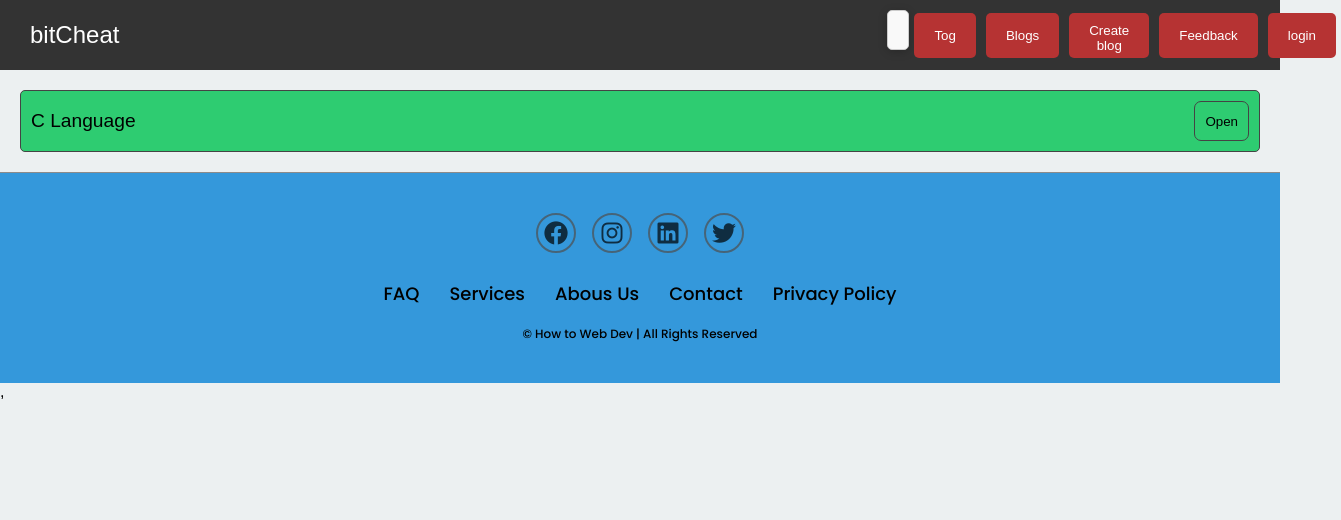
Repository: hitoutvrma/college-notes-website
Page: /IT (app in frontend/app/)
The author's editor kept a copy of each file at every save. The page is drawn from the files as they stood at one save, then again after the next save.
The browser window is 1280 px wide. The page is 1341 px wide, so the pictures cover 1341 px, including what lies to the right of the window. The pictures show the whole page.
Some web fonts or font styles are not loaded; a fallback is used. The project was rebuilt for these pictures with package versions that can differ from the ones it lists, and the page was loaded fresh each time. Also part of the build but not shown: frontend/app/src/components/UserStatistics.js, frontend/app/src/components/Header.js, frontend/app/src/components/Home.js, frontend/app/src/components/BlogList.js, frontend/app/src/components/CreateBlog.jsx, frontend/app/src/components/Notfoundpage.js.

Above is the page before, as saved 2024-08-17 00:04:13.

### frontend/app/public/index.html
<!DOCTYPE html>
<html lang="en">
  <head>
    <meta charset="utf-8" />
    <link rel="icon" href="%PUBLIC_URL%/favicon.ico" />
    <link rel="preconnect" href="https://fonts.googleapis.com">
<link rel="preconnect" href="https://fonts.gstatic.com" crossorigin>
<link href="https://fonts.googleapis.com/css2?family=Zain:wght@200;300;400;700;800;900&display=swap" rel="stylesheet">
    <meta name="viewport" content="width=device-width, initial-scale=1" />
    <meta name="theme-color" content="#000000" />
    <meta
      name="description"
      content="Web site created using create-react-app"
    />
    <link rel="apple-touch-icon" href="%PUBLIC_URL%/logo192.png" />
    <!--
      manifest.json provides metadata used when your web app is installed on a
      user's mobile device or desktop. See https://developers.google.com/web/fundamentals/web-app-manifest/
    -->
    <link rel="manifest" href="%PUBLIC_URL%/manifest.json" />
    <!--
      Notice the use of %PUBLIC_URL% in the tags above.
      It will be replaced with the URL of the `public` folder during the build.
      Only files inside the `public` folder can be referenced from the HTML.

      Unlike "/favicon.ico" or "favicon.ico", "%PUBLIC_URL%/favicon.ico" will
      work correctly both with client-side routing and a non-root public URL.
      Learn how to configure a non-root public URL by running `npm run build`.
    -->
    <title>React App</title>
  </head>
  <body>
    <noscript>You need to enable JavaScript to run this app.</noscript>
    <div id="root"></div>
    <!--
      This HTML file is a template.
      If you open it directly in the browser, you will see an empty page.

      You can add webfonts, meta tags, or analytics to this file.
      The build step will place the bundled scripts into the <body> tag.

      To begin the development, run `npm start` or `yarn start`.
      To create a production bundle, use `npm run build` or `yarn build`.
    -->
  </body>
</html>

### frontend/app/src/index.js
import React from 'react';
import { createRoot } from 'react-dom/client';
import { Auth0Provider } from '@auth0/auth0-react';
import ReactDOM from 'react-dom/client';
import './index.css';
import App from './App';
import reportWebVitals from './reportWebVitals';

const root = ReactDOM.createRoot(document.getElementById('root'));
root.render(
  <React.StrictMode>
    <Auth0Provider
    domain="dev-e2ucpx13tqcte4ht.us.auth0.com"
    clientId="82fzcFWOHXZTqHpiOgBFNnSoArs0UK5I"
    authorizationParams={{redirect_uri: window.location.origin}}
  >
    <App />
  </Auth0Provider>,
  </React.StrictMode>
);

// If you want to start measuring performance in your app, pass a function
// to log results (for example: reportWebVitals(console.log))
// or send to an analytics endpoint. Learn more: https://bit.ly/CRA-vitals
reportWebVitals();

### frontend/app/src/index.css
/* @tailwind base;
@tailwind components;
@tailwind utilities; */
body {
  margin: 0;
  background-color: #191919;
  /* font-family: -apple-system, BlinkMacSystemFont, 'Segoe UI', 'Roboto', 'Oxygen',
    'Ubuntu', 'Cantarell', 'Fira Sans', 'Droid Sans', 'Helvetica Neue',
    sans-serif; */
  /* -webkit-font-smoothing: antialiased;
  -moz-osx-font-smoothing: grayscale; */
}
/* src/App.css */
body {
  font-family: 'Playwrite AR', cursive;;
  /* font-size: 400px; */
}

.custom-font {
  font-family:  sans-serif;
}

/* code {
  font-family: source-code-pro, Menlo, Monaco, Consolas, 'Courier New',
    monospace;
} */

### frontend/app/src/App.css
/* global.css */
:root {
  --primary-color: #cdd7fb;
  --secondary-color: #2ecc71;
  --accent-color: #e74c3c;
  --background-color: #ecf0f1;
  --text-color: #2c3e50;
}
body{
  background-color: var(--background-color);
  font-family: 'Poppins', sans-serif;
}

### frontend/app/src/components/NotesPage.js
import React, { useState } from 'react';
import { useLocation } from 'react-router-dom';
import './css/NotesPage.css';
import './css/home.css';

const NotesPage = () => {
  const [keyy, setKeyy] = useState(true);
  const toggleKey = () => {
    setKeyy(prevKeyy => !prevKeyy);
  };

  const location = useLocation();
  const [searchTerm] = useState('');
  const [chapters, setChapters] = useState([
    {
      title: 'C Language',
      subChapters: [
<div className='subjects'><p>C Language</p><svg
  xmlns="http://www.w3.org/2000/svg"
  width="30"
  height="30"
  viewBox="0 0 50 50"
>
  <rect x="5" y="5" width="40" height="40" fill="#f4f4f4" stroke="#ccc" stroke-width="1" />
  <line x1="10" y1="12" x2="40" y2="12" stroke="#bbb" stroke-width="1" />
  <line x1="10" y1="18" x2="40" y2="18" stroke="#bbb" stroke-width="1" />
  <line x1="10" y1="24" x2="40" y2="24" stroke="#bbb" stroke-width="1" />
  <line x1="10" y1="30" x2="40" y2="30" stroke="#bbb" stroke-width="1" />
  <line x1="10" y1="36" x2="40" y2="36" stroke="#bbb" stroke-width="1" />
  <path d="M5 5 L10 0 L40 0 L45 5 Z" fill="#ffd700" />
</svg>



<svg
  className="youtube"
  version="1.1"
  id="Layer_1"
  width="612"
  height="612"
  viewBox="0 0 461.001 461.001"
>
  <g>
    <path
      style={{ fill: '#F61C0D' }}
      d="M442.891,110.621c-7.732-28.953-30.437-51.658-59.39-59.39C347.176,41.001,230.5,41.001,230.5,41.001
      s-116.676,0-153.001,10.231c-28.953,7.732-51.658,30.437-59.39,59.39C8.879,146.946,8.879,230.501,8.879,230.501
      s0,83.555,10.231,119.88c7.732,28.953,30.437,51.658,59.39,59.39C113.824,419.001,230.5,419.001,230.5,419.001
      s116.676,0,153.001-10.231c28.953-7.732,51.658-30.437,59.39-59.39c10.231-36.325,10.231-119.88,10.231-119.88
      S453.122,146.946,442.891,110.621z"
    />
    <polygon
      style={{ fill: '#FFFFFF' }}
      points="182.5,322.001 312.5,230.501 182.5,139.001 "
    />
  </g>
</svg>
</div>,
]
    },
  ]);

  const toggleChapter = (index) => {
    setChapters(prevChapters =>
      prevChapters.map((chapter, i) =>
        i === index ? { ...chapter, isOpen: !chapter.isOpen } : chapter
      )
    );
  };

  return (
    <>
      {location.pathname === '/IT' && (
        <div className="itmain">
          {/* <div className='headings'>
            Strivers A2Z DSA Sheet<br/>
          </div>
          This course is made for people who want to learn DSA from A to Z for free in a well-organized and structured manner. The lecture quality is better than what you get in paid courses, the only thing we don’t provide is doubt support, but trust me our YouTube video comments resolve that as well, we have a wonderful community of 250K+ people who engage in all of the videos. */}
          <div className="content" id="content">
            <div className="container">
              {chapters
                .filter((chapter) =>
                  chapter.title.toLowerCase().includes(searchTerm)
                )
                .map((chapter, index) => (
                  <div className="block" key={index}>
                    <div onClick={() => toggleChapter(index)} className="title">
                      {chapter.title}
                      <button  className='semester-buttons'>
                        {chapter.isOpen ? 'Close' : 'Open'}
                      </button>
                    </div>
                    {chapter.isOpen && (
                      <div className="sub_content helo">
                        {chapter.subChapters.map((subChapter, subIndex) => (
                          <h1 key={subIndex}>{subChapter}</h1>
                        ))}
                      </div>
                    )}
                  </div>
                ))}
            </div>
          </div>
        </div>
      )}
    </>
  );
};

export default NotesPage;

### frontend/app/src/components/SearchContext.js
// SearchContext.js
import React, { createContext, useState } from 'react';

export const SearchContext = createContext();

export const SearchProvider = ({ children }) => {
  const [searchText, setSearchText] = useState('');

  return (
    <SearchContext.Provider value={{ searchText, setSearchText }}>
      {children}
    </SearchContext.Provider>
  );
};

### frontend/app/src/components/Footer.js
import React from 'react';
import './css/footer.css';
const Footer = () => {
  return (
    <section class="footer">
    <div class="social">
      <a href="#"><i class="fa-brands fa-facebook"></i></a>
      <a href="#"><i class="fa-brands fa-instagram"></i></a>
      <a href="#"><i class="fa-brands fa-linkedin"></i></a>
      <a href="#"><i class="fa-brands fa-twitter"></i></a>
    </div>
    <ul class="list">
      <li><a href="#">FAQ</a></li>
      <li><a href="#">Services</a></li>
      <li><a href="#">Abous Us</a></li>
      <li><a href="#">Contact</a></li>
      <li><a href="#">Privacy Policy</a></li>
    </ul>
    <p class="copyright">© How to Web Dev | All Rights Reserved</p>
  </section>
  )
}

export default Footer

### frontend/app/src/components/UserStatistics.css


.statistics-container {
    display: flex;
    justify-content: space-around;
    align-items: center;
    background-color: #fff;
    border-radius: 12px;
    box-shadow: 0 4px 20px rgba(0, 0, 0, 0.1);
    padding: 30px;
    margin: 20px 0;
    flex-wrap: wrap;
    transition: transform 0.3s;
}

.statistics-container:hover {
    transform: scale(1.02);
}

.statistic {
    text-align: center;
    flex: 1;
    margin: 10px;
    padding: 20px;
    background: linear-gradient(135deg, #f5f7fa, #c3cfe2);
    border-radius: 10px;
    box-shadow: 0 2px 10px rgba(0, 0, 0, 0.15);
    transition: transform 0.3s, box-shadow 0.3s;
}

.statistic:hover {
    transform: translateY(-5px);
    box-shadow: 0 4px 20px rgba(0, 0, 0, 0.2);
}

.statistic h2 {
    font-size: 3rem;
    color: #333;
    margin: 0;
}

.statistic p {
    font-size: 1.25rem;
    color: #666;
}

/* button {
    padding: 12px 20px;
    font-size: 1.2rem;
    background-color: #007BFF;
    color: white;
    border: none;
    border-radius: 5px;
    cursor: pointer;
    transition: background-color 0.3s, transform 0.3s;
} */

button:hover {
    background-color: #0056b3;
    transform: translateY(-2px);
}

### frontend/app/src/components/login.js
import './css/header.css';
import { useAuth0 } from "@auth0/auth0-react";
import React from "react";

const LoginButton = () => {
  const { user, loginWithRedirect, isAuthenticated, logout } = useAuth0();

  return (<div>
        {isAuthenticated ?(<button onClick={(e) => logout()} id="login">logout</button>):
      <button class="button" onClick={() => loginWithRedirect()}>login</button>}
    </div>
      );
};

export default LoginButton;

### frontend/app/src/components/css/header.css
/* Base Styles */
body {
    font-family: Arial, sans-serif;
    margin: 0;
    padding: 0;
}

/* Header Styles */
.header {
    background-color: var(--primary-color);
    opacity: 100%;
    display: flex;
    border-style: solid;
    border-width: 1px;
    border-color: #444444;
    justify-content: space-between;
    align-items: center;
    height: 9.5vh;
    padding: 0 20px;

    color: white;
    position: fixed;
    top: 0;
    width: 100%;
    z-index: 1000;
}

/* Search Container Styles */
.search-container {
    margin-right: 10px;
    width: 100%;
    max-width: 600px;
    display: flex;
    align-items: center;
    background-color: white;
    border-style: solid;
    border-width: 1px;
    border-color: #444444;
    padding: 5px 10px;
    border-radius: 25px;
    box-shadow: 0 4px 8px rgba(0, 0, 0, 0.1);
}

.search-container input {
    padding: 10px 15px;
    width: 100%;
    font-size: 16px;
    border: none;
    outline: none;
    border-radius: 25px;
}

.search-container input::placeholder {
    color: #aaa;
}

/* Logos and Button Styles */
.logos {
    color: rgb(135, 35, 35);
    font-size: 2.5rem; /* Responsive font size */
}

.header-buttons {
    display: flex;
    align-items: center;
}

#login {
    background-color: rgb(182, 51, 51);
}

.header-buttons button {
    margin-right: 1vw;
    padding: 15px 25px;
    font-size: 1rem; /* Responsive font size */
    cursor: pointer;
    border: 1px solid rgb(68, 68, 68);
    background-color: #191919;
    color: white;
    border-radius: 15px;
}

/* Responsive Design */
@media (max-width: 768px) {
    .header {
        flex-direction: column;
        height: auto;
        padding: 10px;
    }

    .logos {
        margin-bottom: 10px;
    }

    .header-buttons {
        width: 100%;
        justify-content: space-between;
        margin-top: 10px;
    }

    .header-buttons button {
        flex: 1;
        margin: 5px;
        font-size: 0.9rem;
    }

    .search-container {
        width: 100%;
        margin-top: 10px;
    }
}

@media (max-width: 480px) {
    .logos {
        font-size: 2rem;
    }

    .header-buttons button {
        font-size: 0.8rem;
        padding: 8px 10px;
    }

    .search-container {
        width: 100%;
        margin-top: 10px;
    }
}

.navbar-toggle {
    display: none;
    flex-direction: column;
    cursor: pointer;
}

### frontend/app/src/components/css/feedback.css
/* feedback.css */

body {
  font-family: Arial, sans-serif;
}

.button {
  padding: 10px 20px;
  background-color: rgb(182, 51, 51);;
  color: white;
  border: none;
  border-radius: 5px;
  height: 45px;
  cursor: pointer;
  margin: 5px;
}

.button:hover {
  background-color: #5a1e0e;
}

.popup-overlay {
  position: fixed;
  top: 0;
  left: 0;
  right: 0;
  bottom: 0;
  background-color: rgba(0, 0, 0, 0.5);
  display: flex;
  justify-content: center;
  align-items: center;
}

.popup-content {
  background-color: white;
  padding: 20px;
  border-radius: 10px;
  max-width: 90%;
  width: 400px;
  box-shadow: 0 0 10px rgba(0, 0, 0, 0.3);
  display: flex;
  flex-direction: column; /* Ensure children are stacked vertically */
  align-items: center; /* Center align children */
}

textarea {
  width: 100%; /* Full width */
  height: 100px;
  margin-top: 10px;
  padding: 10px;
  border: 1px solid #ccc;
  border-radius: 5px;
  box-sizing: border-box; /* Include padding and border in element's total width */
}

input[type="text"] {
  width: 100%;
  padding: 10px;
  margin-top: 10px;
  border: 1px solid #ccc;
  border-radius: 5px;
  box-sizing: border-box; /* Include padding and border in element's total width */
}

.success-alert {
  background-color: #dff0d8;
  color: #3c763d;
  padding: 10px;
  margin-top: 10px;
  border: 1px solid #d6e9c6;
  border-radius: 5px;
  display: flex;
  align-items: center;
}

.success-alert .icon {
  margin-right: 5px;
}

/* Responsive styles */
@media (max-width: 600px) {
  .popup-content {
    width: 0%;
    padding: 15px;
  }

  .button {
    width: auto;
    height: 35px;
    /* margin: 5px 0; */
  }
}

### frontend/app/src/components/css/home.css
@import url("https://fonts.googleapis.com/css2?family=Fredoka:wght@400;600&display=swap");
@import url('https://fonts.googleapis.com/css2?family=Zain:wght@200;300;400;700;800;900&display=swap');
* {
  margin: 0;
  padding: 0;
  box-sizing: border-box;
}
.headings{
  /* color:white; */
  color: var(--font-heading-color);
  font-size: 6vh;
  padding-left: 7%;
  padding-right: 7%;
  /* display: flex; */
  margin-bottom: 50px;

  text-align: center;
}

.whole-home{
    padding-top: 20.5vh;
}
#wrapper-body {
  height: 100%;
  /* margin-left: 25px */
  width: 100%;
  flex-wrap: wraps;
  display: flex;
  /* justify-content: center; */
}
.container-body {
  margin:10px;
  width: 90%;
  flex-wrap: wrap;
  display: flex;
  row-gap: 20px;
  column-gap: 90px;
  justify-content:center;  /* change here if you wants to change the space between the cards */
}
/* Global styles */
.div-body {
  margin: 0px;
  padding: 0;
  width: 300px;
  border-radius: 0%;
}

/* Card styles */
.card-body {
  background-color: var(--secondary-color);
  /* opacity: 70%; */
  border-radius: var(--border-radius);
  border-style: solid;
  border-width: 1px;
  height: 44vh;
  border-color: rgb(68, 68, 68);
  /* border-color: white; */
  text-align: center;
  padding: 15px;
  width: 360px;
  cursor: pointer;
}
.card-body:hover  {
  border-color: red; /* Change border color to white on hover */
}
/* Illustration styles */
.ilustration-body {
  margin: 30px;
}

.ilustration-body lottie-player {
  width: 200px;
  height: 200px;
  border-radius: 100%;
  overflow: hidden;
  margin: 0 auto;
  /* box-shadow: 20px 20px 20px rgba(0, 0, 0, 0.1),
    -20px -20px 20px rgba(255, 255, 255, 0.1); */
}

/* Heading styles */
.h3-body {
  font-family: var(--primary-font);
  font-size: 2rem;
  line-height: 2.2rem;
  color: var(--text-color);
  font-weight: bold;
  margin: 30px 0;
}

/* Paragraph styles */
.p-body {
  font-family: var(--primary-font);
  /* margin: 5000px; */
  font-size: 1.1rem;
  line-height: 1.5rem;
  color: var(--text-color);
  margin:60px auto 10px auto;
  /* margin-bottom: 10px; */
  max-width: 80%;
}

/* Button styles */
.button-body {
  font-family: var(--primary-font);
  font-size: 1.1rem;
  font-weight: bold;
  padding: 15px 80px;
  position:static;
  border-radius: 25px;
  color: var(--text-color);
  border: 1px;
  border-style: solid;
  border-color: rgb(68, 68, 68);
  margin: 30px 0;
  outline: none;
  cursor: pointer;
  background-color:var(--semester-button);
}

/* button:active {
  transform: scale(0.9);
  box-shadow: inset -1px -1px 3px rgba(129, 199, 132, 1),
    -20px -20px 20px rgba(255, 255, 255, 0);
} */
a{
  text-decoration: none;
}
@media (max-width: 768px) {
  .container-body {
    grid-template-columns: repeat(auto-fill, minmax(250px, 1fr));
    gap: 15px;
  }}
  @media (max-width: 480px) {
    .container-body {
      grid-template-columns: 1fr 1fr;
      gap: 10px;
    }

    .headings {
      font-size: 5vh;
      padding-left: 5%;
      padding-right: 5%;
    }

    .card-body {
      width: 100%;
      height: auto;
    }

    .h3-body {
      font-size: 1.5rem;
      line-height: 1.7rem;
    }

    .p-body {
      font-size: 1rem;
      line-height: 1.2rem;
      margin: 30px auto 10px auto;
    }

    .button-body {
      font-size: 1rem;
      padding: 10px 60px;
    }
  }

### frontend/app/src/components/css/NotesPage.css
.itmain {
  color: white;
  /* margin-top: 10.5vh; */
}
.hidden {
  display: none;
}

.open {
  display: block;
}

.sub-block {
  display: none;
}

.block {
  background-color: var(--secondary-color);
  margin: 20px;
  /* margin-right: 30px; */
  width: auto;
  /* background-color: rgb(40, 39, 39); */
  border: solid 1px rgb(68, 68, 68);
  padding: 10px;
  border-radius: 5px;
}

.title {
  font-size: 1.2em;
  align-items: center;
  color: var(--text-color);
  cursor: pointer;
  display: flex;
  justify-content: space-between;
}

.sub_content {
  background-color: var(--background-color);
  margin-top: 10px;
  /* padding: 10px; */
  text-align: left;
  border: solid 1px rgb(68, 68, 68);
  border-radius: 10px;
}

.semester-buttons {
  color: var(--text-color);
  height: 40px;
  cursor: pointer;
  padding: 10px;
  border-radius: 7px;
  border: solid 1px rgb(68, 68, 68);
  background-color: var(--semester-button);
}
.youtube{
  width: 30px;
  height: 30px;
}
.subjects{
  color:white;
  padding: 10px;
  font-size: 20px;
  font-weight: lighter;
  display: flex;
  justify-content: space-between;
}
.search-bar {
  width: 100%;
  padding: 10px;
  margin-bottom: 20px;
  font-size: 1em;
}

### frontend/app/src/components/css/footer.css
@import url('https://fonts.googleapis.com/css2?family=Poppins:wght@300;400;500;600;700;800&display=swap');
@import url('https://cdnjs.cloudflare.com/ajax/libs/font-awesome/6.4.2/css/all.min.css');

*{
  color: black;
}
.footer{
  margin: 0;
  padding: 0;
  box-sizing: border-box;
  /* background-color: red; */
  font-family: 'Poppins', sans-serif;
  text-decoration: none;
  list-style: none;
}
.footer{
  font-weight: 500;
  background-color: rgba(204, 18, 18, 0.42);
}
.footer {
  /* position: fixed; */
  bottom: 0;
  width: 100%;
  padding: 40px 0;
  background-color: var(--primary-color);
  border-top: 1px solid rgb(139, 139, 139);
}
.footer .social {
  text-align: center;
  padding-bottom: 25px;
}
.footer .social a {
  font-size: 24px;
  color: var(--font-heading-color);
  border: 2px solid rgb(79, 79, 79);
  width: 40px;
  height: 40px;
  line-height: 38px;
  display: inline-block;
  text-align: center;
  border-radius: 50%;
  margin: 0 8px;
  opacity: 0.7;
  transition: 0.3s ease;
}
.footer .social a:hover {
  transform: scale(1.2) translateY(-10px);
  opacity: 1;
  color: rgb(255, 78, 78);
  border: 2px solid rgb(255, 78, 78);
}
.footer ul {
  margin-top: 0;
  padding: 0;
  font-size: 18px;
  line-height: 1.8;
  margin-bottom: 0;
  text-align: center;
}
.footer ul li a {
  color: var(--font-heading-color);
  border-bottom: 3px solid transparent;
  transition: 0.3s ease;
}

.footer ul li a:hover {
  border-bottom: 3px solid rgb(255, 78, 78);
}
.footer ul li {
  display: inline-block;
  padding: 0 15px;
}
.footer .copyright {
  margin-top: 15px;
  text-align: center;
  font-size: 12px;
  color: var(--font-heading-color);
}

### frontend/app/src/components/Navbar.css
/* Navbar.css */
.navbar {
    background-color: #333;
    width: 100%;
    z-index: 2;
    color: #fff;
    display: flex;
    justify-content: space-between;
    align-items: center;
    height: 70px;
    position:relative;
  }

  /* Styles for the search bar */

.search-bar {
  /* width: 50px; */
  max-width: 400px; /* Maximum width */
  /* margin: 100px; */
  padding: 12px; /* Increased padding for better spacing */
  border: 1px solid #ccc; /* Light border */
  border-radius: 25px; /* More rounded corners */
  box-shadow: 0 2px 10px rgba(0, 0, 0, 0.2); /* Slightly stronger shadow */
  font-size: 16px; /* Font size */
  transition: border 0.3s ease, box-shadow 0.3s ease; /* Smooth transition for border and shadow */
  background-color: #f9f9f9; /* Light background color */
}

.search-bar:focus {
  border: 1px solid #4CAF50; /* Change border color on focus */
  box-shadow: 0 0 5px rgba(76, 175, 80, 0.5); /* Shadow effect on focus */
  outline: none; /* Remove outline */
}

@media (max-width: 600px) {
  .search-bar {
    max-width: 50%; /* Responsive maximum width */
    font-size: 14px; /* Smaller font size on smaller screens */
    padding: 10px; /* Adjust padding for smaller screens */
  }
}


  .navbar-container {
    display: flex;
    /* justify-content: space-between; */
    align-items: center;
    padding: 10px;
    width: 100%;
    max-width: 1200px;
    /* padding: 0 10px; */
  }

  .navbar-logo {
    font-size: 1.5rem;
    margin-right: 60vw;
    margin-left: 20px;
    text-decoration: none;
    color: #fff;
  }

  .navbar-toggle {
    display: none;
    font-size: 1.8rem;
    cursor: pointer;
  }

  .navbar-menu {
    display: flex;
    list-style: none;
  }

  .navbar-item {
    padding: 0 5px;
    text-decoration: none;
    color: #fff;
    font-size: 1rem;
  }

  .navbar-item:hover {
    color: #ddd;
  }

  @media (max-width: 808px) {
    .navbar-toggle {
      display: flex;
    }
    .navbar-logo{
      margin-right: auto;
    }

    .navbar-menu {
      position: absolute;

      top: 30px;
      right:0;
      width: 40%;
      height: calc(40vh);
      background-color: #333;
      z-index: -2000;
      flex-direction: column;
      align-items: center;
      justify-content: center;
      transition: transform 0.3s ;
      transform: translateY(-100%);
    }

    .navbar-menu.active {
      transform: translateY(0);
    }

    .navbar-item {
      padding: 10px 0;
      width: 100%;
      text-align: right;
    }
    button{
      background-color: red;
    }
  }

### frontend/app/src/components/css/global.css
/* global.css */
@import url('https://fonts.googleapis.com/css2?family=Zain:wght@200;300;400;700;800;900&display=swap');
:root {
    --primary-color: #3498db;
    --secondary-color: #2ecc71;
    --accent-color: #e74c3c;
    --background-color: #ecf0f1;
    --text-color: #black;
    --border-radius:20px;
    --font-heading-color: '#003300';
    --lighter-color:'#e0e6fd';
    --semester-button:'sfdsdf';
  }

Loaded but not shown: frontend/app/src/reportWebVitals.js (common file); frontend/app/tailwind.config.js (common file); frontend/app/src/components/Navbar.js (84 lines, source omitted); frontend/app/src/components/Colorbutton.js (73 lines, source omitted); frontend/app/src/components/Feedback.js (68 lines, source omitted); frontend/app/src/App.js (39 lines, source omitted)

After the next save:
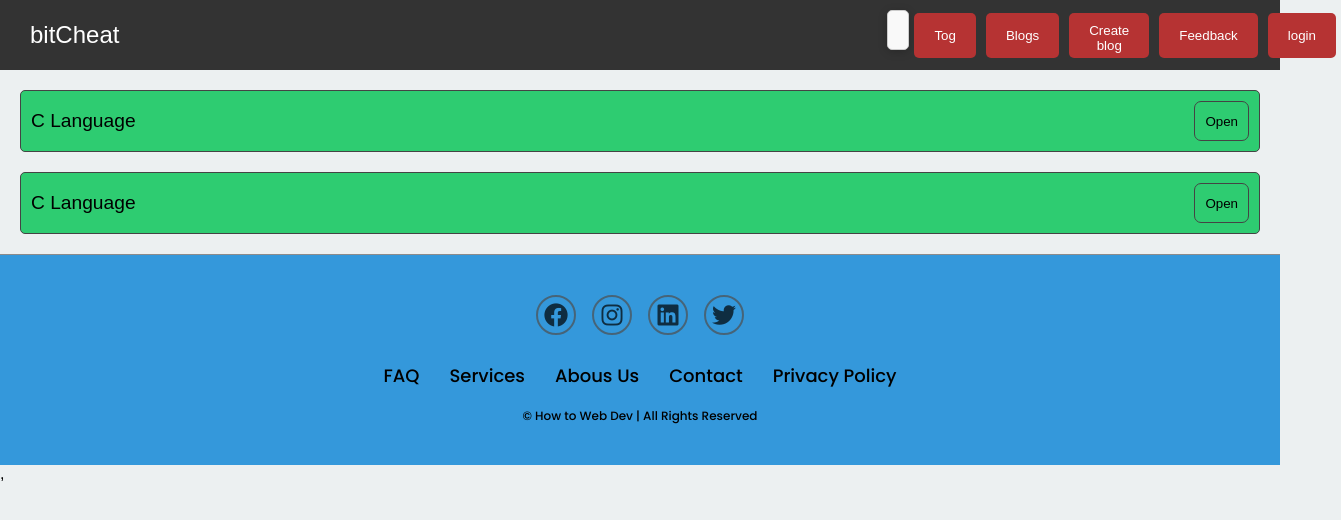
Saved 14 s later.
--- a/frontend/app/src/components/NotesPage.js
+++ b/frontend/app/src/components/NotesPage.js
@@ -12,6 +12,52 @@ const NotesPage = () => {
   const location = useLocation();
   const [searchTerm] = useState('');
   const [chapters, setChapters] = useState([
+    {
+      title: 'C Language',
+      subChapters: [
+<div className='subjects'><p>C Language</p><svg
+  xmlns="http://www.w3.org/2000/svg"
+  width="30"
+  height="30"
+  viewBox="0 0 50 50"
+>
+  <rect x="5" y="5" width="40" height="40" fill="#f4f4f4" stroke="#ccc" stroke-width="1" />
+  <line x1="10" y1="12" x2="40" y2="12" stroke="#bbb" stroke-width="1" />
+  <line x1="10" y1="18" x2="40" y2="18" stroke="#bbb" stroke-width="1" />
+  <line x1="10" y1="24" x2="40" y2="24" stroke="#bbb" stroke-width="1" />
+  <line x1="10" y1="30" x2="40" y2="30" stroke="#bbb" stroke-width="1" />
+  <line x1="10" y1="36" x2="40" y2="36" stroke="#bbb" stroke-width="1" />
+  <path d="M5 5 L10 0 L40 0 L45 5 Z" fill="#ffd700" />
+</svg>
+
+
+
+<svg
+  className="youtube"
+  version="1.1"
+  id="Layer_1"
+  width="612"
+  height="612"
+  viewBox="0 0 461.001 461.001"
+>
+  <g>
+    <path
+      style={{ fill: '#F61C0D' }}
+      d="M442.891,110.621c-7.732-28.953-30.437-51.658-59.39-59.39C347.176,41.001,230.5,41.001,230.5,41.001
+      s-116.676,0-153.001,10.231c-28.953,7.732-51.658,30.437-59.39,59.39C8.879,146.946,8.879,230.501,8.879,230.501
+      s0,83.555,10.231,119.88c7.732,28.953,30.437,51.658,59.39,59.39C113.824,419.001,230.5,419.001,230.5,419.001
+      s116.676,0,153.001-10.231c28.953-7.732,51.658-30.437,59.39-59.39c10.231-36.325,10.231-119.88,10.231-119.88
+      S453.122,146.946,442.891,110.621z"
+    />
+    <polygon
+      style={{ fill: '#FFFFFF' }}
+      points="182.5,322.001 312.5,230.501 182.5,139.001 "
+    />
+  </g>
+</svg>
+</div>,
+]
+    },
     {
       title: 'C Language',
       subChapters: [
